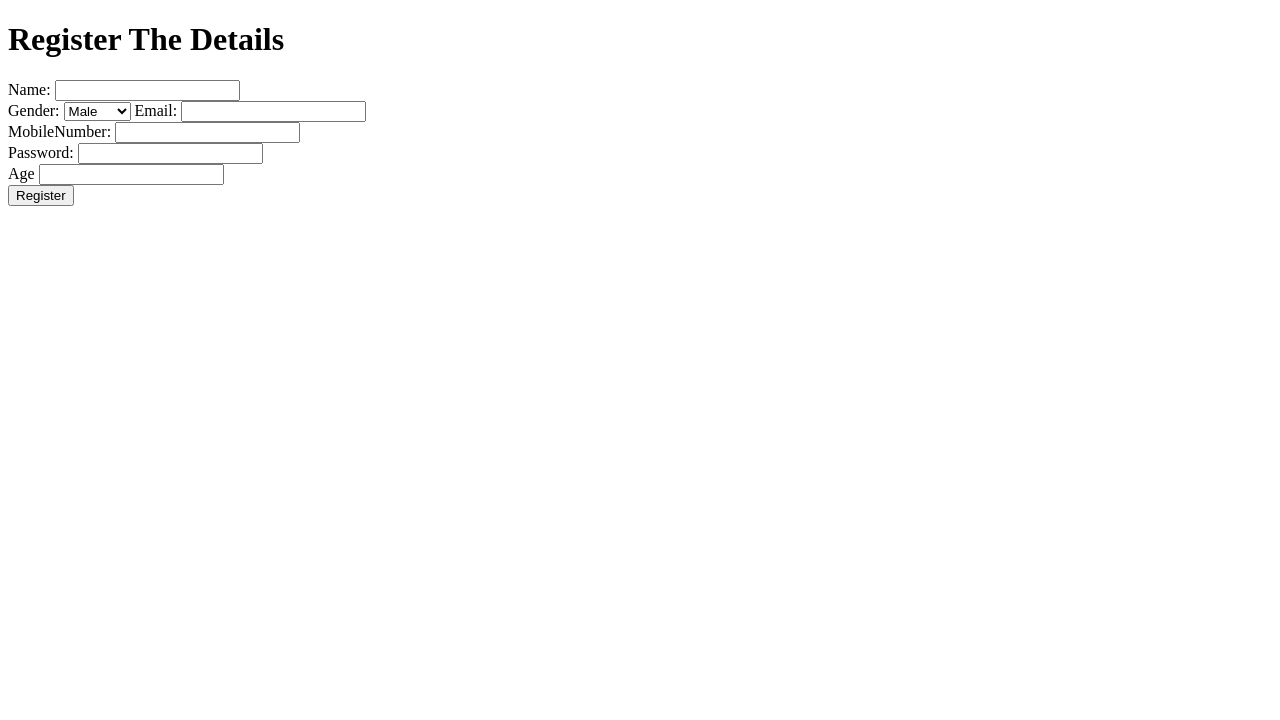
Repository: Yemili/springboot_application
Page: workspace/student/src/main/resources/static/registrationfrom.html
The author's editor kept a copy of each file at every save. The page is drawn from the files as they stood at one save, then again after the next save.
The browser window is 1280 px wide. The pictures show the whole page.

Above is the page before, as saved 2024-09-25 09:16:18.

After the next save:
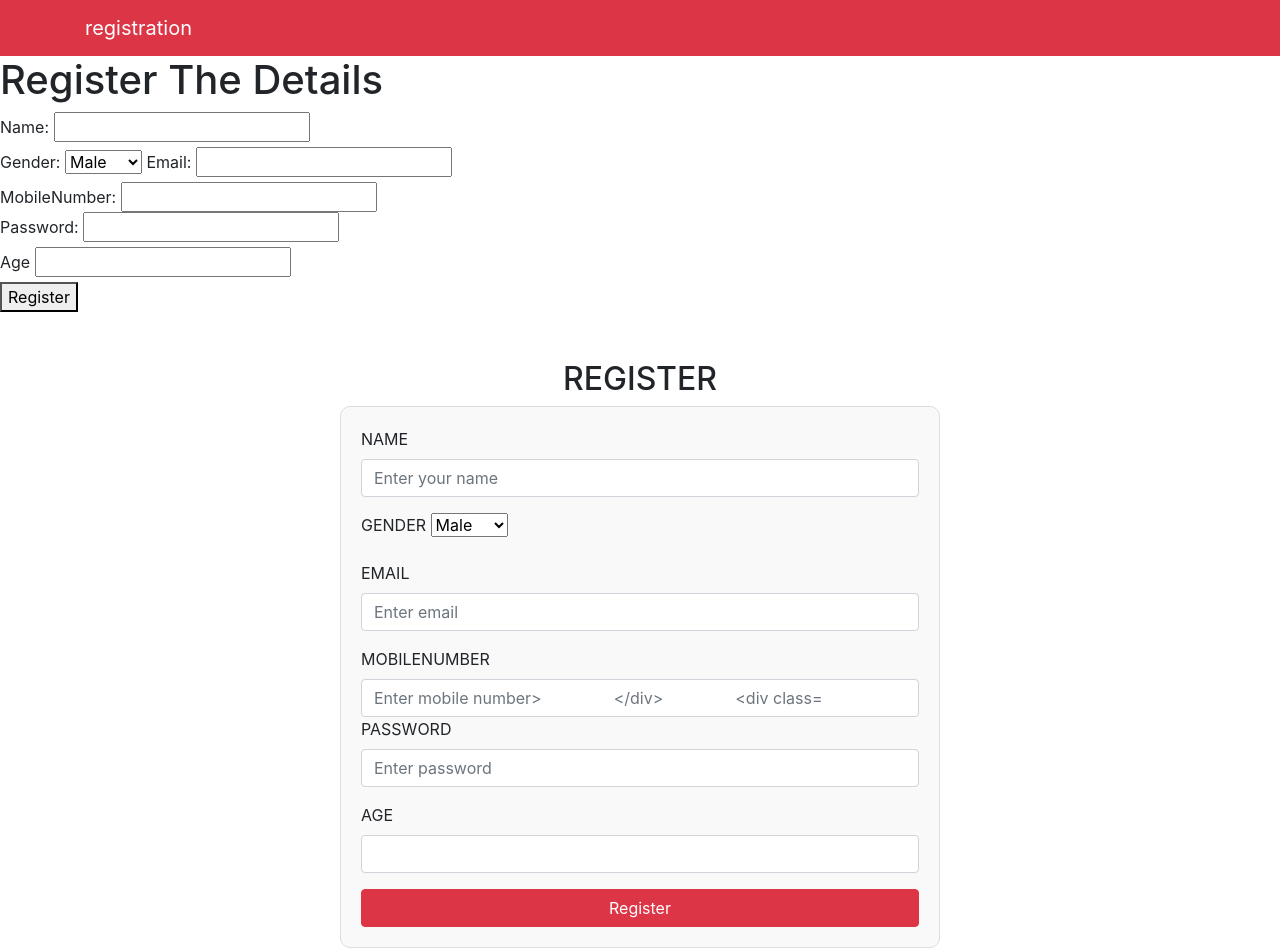
Saved 64 min 55 s later.
--- a/workspace/student/src/main/resources/static/registrationfrom.html
+++ b/workspace/student/src/main/resources/static/registrationfrom.html
@@ -25,4 +25,97 @@
         <button type="submit">Register</button>
     </form>
 </body>
+</html><!DOCTYPE html>
+<html lang="en">
+
+<head>
+    <meta charset="UTF-8">
+    <meta name="viewport" content="width=device-width, initial-scale=1">
+    <link rel="stylesheet" href="https://maxcdn.bootstrapcdn.com/bootstrap/4.3.1/css/bootstrap.min.css">
+    <title>Registration form</title>
+    <style>
+        body {
+            padding-top: 56px;
+        }
+
+        .form-container {
+            max-width: 600px;
+            margin: auto;
+            padding: 20px;
+            border: 1px solid #ddd;
+            border-radius: 10px;
+            background-color: #f9f9f9;
+        }
+
+        .navbar {
+            margin-bottom: 20px;
+        }
+    </style>
+</head>
+
+<body>
+    <nav class="navbar navbar-expand-sm bg-danger navbar-dark fixed-top">
+        <div class="container">
+            <a class="navbar-brand" href="#">registration</a>
+        </div>
+    </nav>
+
+    <div class="container mt-5">
+        <h2 class="text-center">REGISTER</h2>
+        <div class="form-container">
+            <form id="booking-form">
+                <div class="form-group">
+                    <label for="name">NAME</label>
+                    <input type="text" class="form-control" id="name" required placeholder="Enter your name">
+                </div>
+                <div class="form-group">
+                    <label for="gender">GENDER</label>
+                <select id="gender" name="gender" required placeholder="Select gender">
+                    <option value="male">Male</option>
+                    <option value="female">Female</option>
+                    <option value="other">Other</option>
+                </select>
+                </div>
+                <div class="form-group">
+                    <label for="email">EMAIL</label>
+                    <input type="email" class="form-control" id="email" required placeholder="Enter email">
+                </div>
+                <div class="form-group">
+                    <label for="mobilenumber">MOBILENUMBER</label>
+                    <input type="mobilenumber" class="form-control" id="mobilenumber"  required placeholder="Enter mobile number>
+                </div>
+                <div class="form-group">
+                    <label for="password">PASSWORD</label>
+                    <input type="password" class="form-control" id="password" required placeholder="Enter password">
+                </div>
+                <div class="form-group">
+                    <label for="age">AGE</label>
+                    <input type="age" class="form-control" id="age" required>
+                </div>
+                <a href="/ticketbooking/src/main/resources/success.html" id="search-link" class="btn btn-danger btn-block">Register</a>
+            </form>
+        </div>
+    </div>
+
+    <!--/* <script>
+        document.getElementById('search-link').addEventListener('click', function(event) {
+            event.preventDefault();
+            const from = document.getElementById('from').value;
+            const to = document.getElementById('to').value;
+            const departureDate = document.getElementById('departure-date').value;
+            const returnDate = document.getElementById('return-date').value;
+
+
+            const url = list.html?from=${encodeURIComponent(from)}&to=${encodeURIComponent(to)}&departureDate=${encodeURIComponent(departureDate)}&returnDate=${encodeURIComponent(returnDate)};
+
+
+            window.location.href = url;
+        });
+    </script>
+ */-->
+    <script src="https://ajax.googleapis.com/ajax/libs/jquery/3.3.1/jquery.min.js"></script>
+    <script src="https://cdnjs.cloudflare.com/ajax/libs/popper.js/1.14.7/umd/popper.min.js"></script>
+    <script src="https://maxcdn.bootstrapcdn.com/bootstrap/4.3.1/js/bootstrap.min.js"></script>
+</body>
+
 </html>
